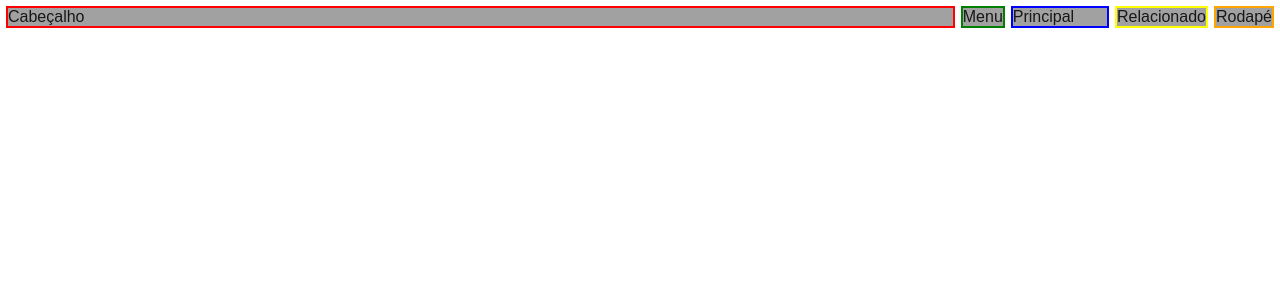
Repository: AleOi3/htmlTemplate
Page: /temp_one
These files come from the project's save history. The page is drawn as it stood at one moment and after the next save; the edit follows.
The browser window is 1280 px wide. The pictures show the whole page.
The project was rebuilt for these pictures with package versions that can differ from the ones it lists, and the page was loaded fresh each time. The framework's server and built-in components were replaced by stand-ins that run in the browser. Also part of the build but not shown: next.config.ts.

Above is the page before, as saved 2024-12-09 00:35:57.

After the next save:
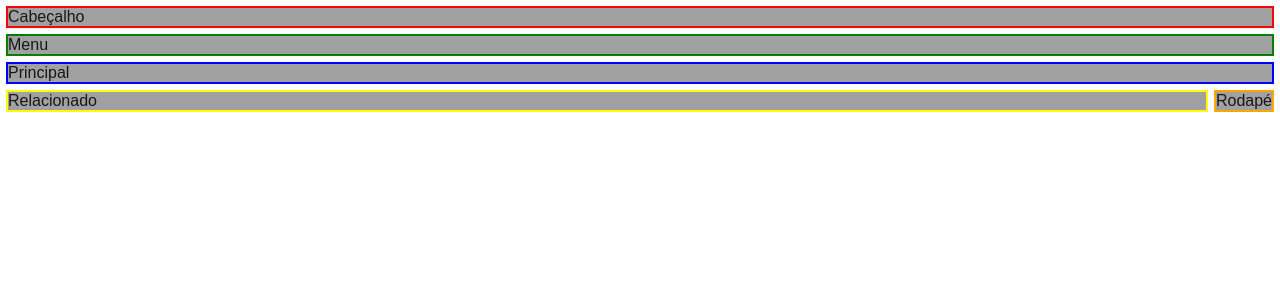
Saved 13 s later.
--- a/src/app/temp_one/page.tsx
+++ b/src/app/temp_one/page.tsx
@@ -1,5 +1,5 @@
 const TemplateOnePage = () => {
-    return <div style={{display:"flex"}}>
+    return <div style={{display:"flex", flexWrap: 'wrap'}}>
         <header style={{
             border: '2px solid red',
             margin: 3,
